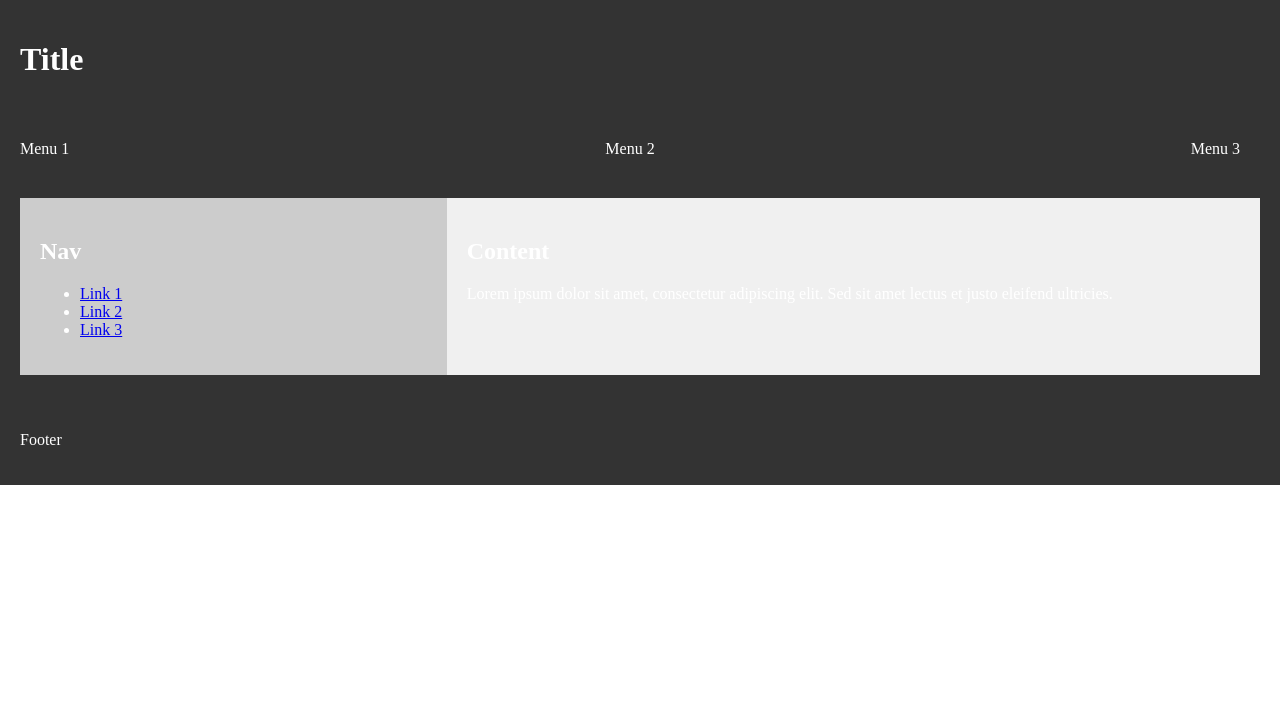
Repository: G1tHub-zer0/BTTH
Page: BTCSS/bai21.html
These files come from the project's save history. The page is drawn as it stood at one moment and after the next save; the edit follows.
The browser window is 1280 px wide. The pictures show the whole page.

Above is the page before, as saved 2024-03-22 20:19:13.

### BTCSS/bai21.html
<!DOCTYPE html>
<html lang='en'>

<head>
    <meta charset='UTF-8'>
    <meta http-equiv='X-UA-Compatible' content='IE=edge'>
    <meta name='viewport' content='width=device-width, initial-scale=1.0'>
    <link rel='stylesheet' href='bai21.css'>
    <title></title>
</head>

<body>
    <header>
        <h1>Title</h1>
    </header>
    <nav>
        <a href="#">Menu 1</a>
        <a href="#">Menu 2</a>
        <a href="#">Menu 3</a>
    </nav>
    <section>
        <div class="sidebar">
            <h2>Nav</h2>
            <ul>
                <li><a href="#">Link 1</a></li>
                <li><a href="#">Link 2</a></li>
                <li><a href="#">Link 3</a></li>
            </ul>
        </div>
        <div class="content">
            <h2>Content</h2>
            <p>Lorem ipsum dolor sit amet, consectetur adipiscing elit. Sed sit amet lectus et justo eleifend ultricies.
            </p>
        </div>
    </section>
    <footer>
        <p>Footer</p>
    </footer>

</body>

</html>

### BTCSS/bai21.css
body {
  margin: 0;
  padding: 0;
  box-sizing: border-box;
}
/* Layout 1, 2, 3 */

header,
nav,
section,
footer {
  padding: 20px;
  background-color: #333;
  color: #fff;
}

nav {
  display: flex;
  justify-content: space-between;
}

nav a {
  color: #fff;
  text-decoration: none;
  margin-right: 20px;
}

nav a:hover {
  color: #ccc;
}

section {
  display: flex;
  flex-wrap: wrap;
  justify-content: space-between;
}

.content {
  flex: 2;
  background-color: #f0f0f0;
  padding: 20px;
}

.sidebar {
  flex: 1;
  background-color: #ccc;
  padding: 20px;
}

After the next save:
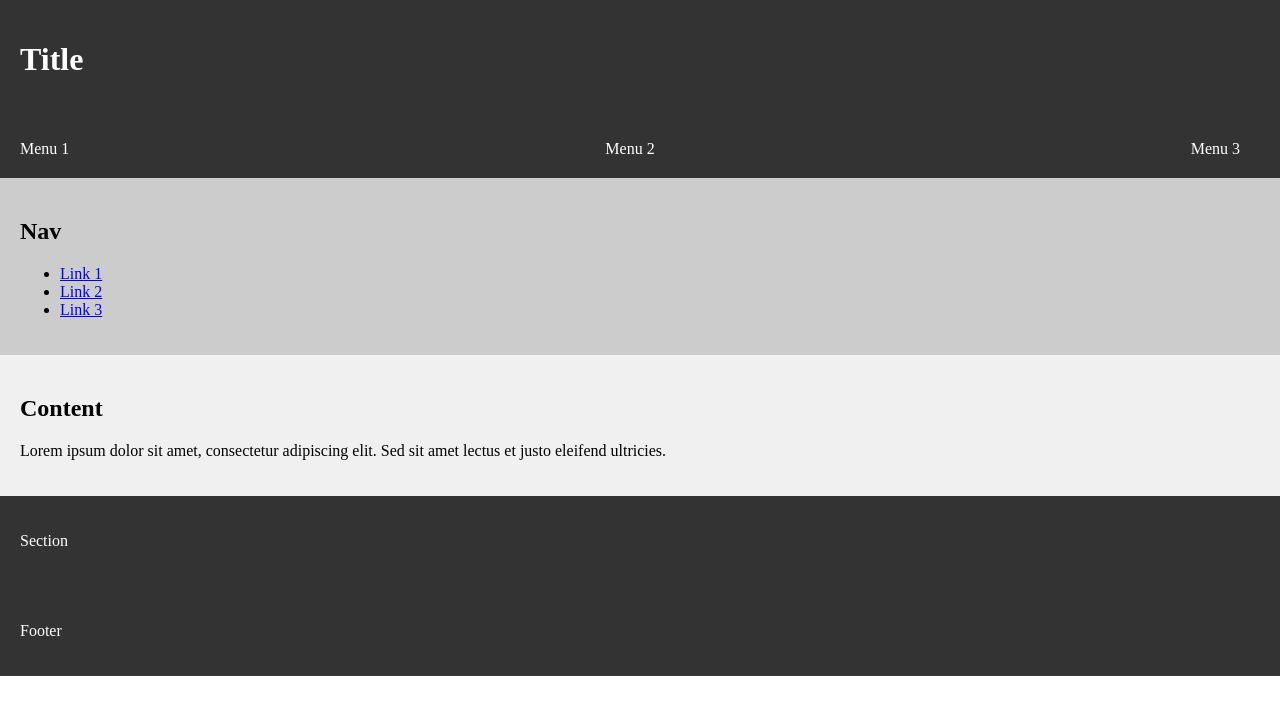
Saved 40 s later.
--- a/BTCSS/bai21.html
+++ b/BTCSS/bai21.html
@@ -18,20 +18,21 @@
         <a href="#">Menu 2</a>
         <a href="#">Menu 3</a>
     </nav>
+    <div class="sidebar">
+        <h2>Nav</h2>
+        <ul>
+            <li><a href="#">Link 1</a></li>
+            <li><a href="#">Link 2</a></li>
+            <li><a href="#">Link 3</a></li>
+        </ul>
+    </div>
+    <div class="content">
+        <h2>Content</h2>
+        <p>Lorem ipsum dolor sit amet, consectetur adipiscing elit. Sed sit amet lectus et justo eleifend ultricies.
+        </p>
+    </div>
     <section>
-        <div class="sidebar">
-            <h2>Nav</h2>
-            <ul>
-                <li><a href="#">Link 1</a></li>
-                <li><a href="#">Link 2</a></li>
-                <li><a href="#">Link 3</a></li>
-            </ul>
-        </div>
-        <div class="content">
-            <h2>Content</h2>
-            <p>Lorem ipsum dolor sit amet, consectetur adipiscing elit. Sed sit amet lectus et justo eleifend ultricies.
-            </p>
-        </div>
+        <p>Section</p>
     </section>
     <footer>
         <p>Footer</p>
